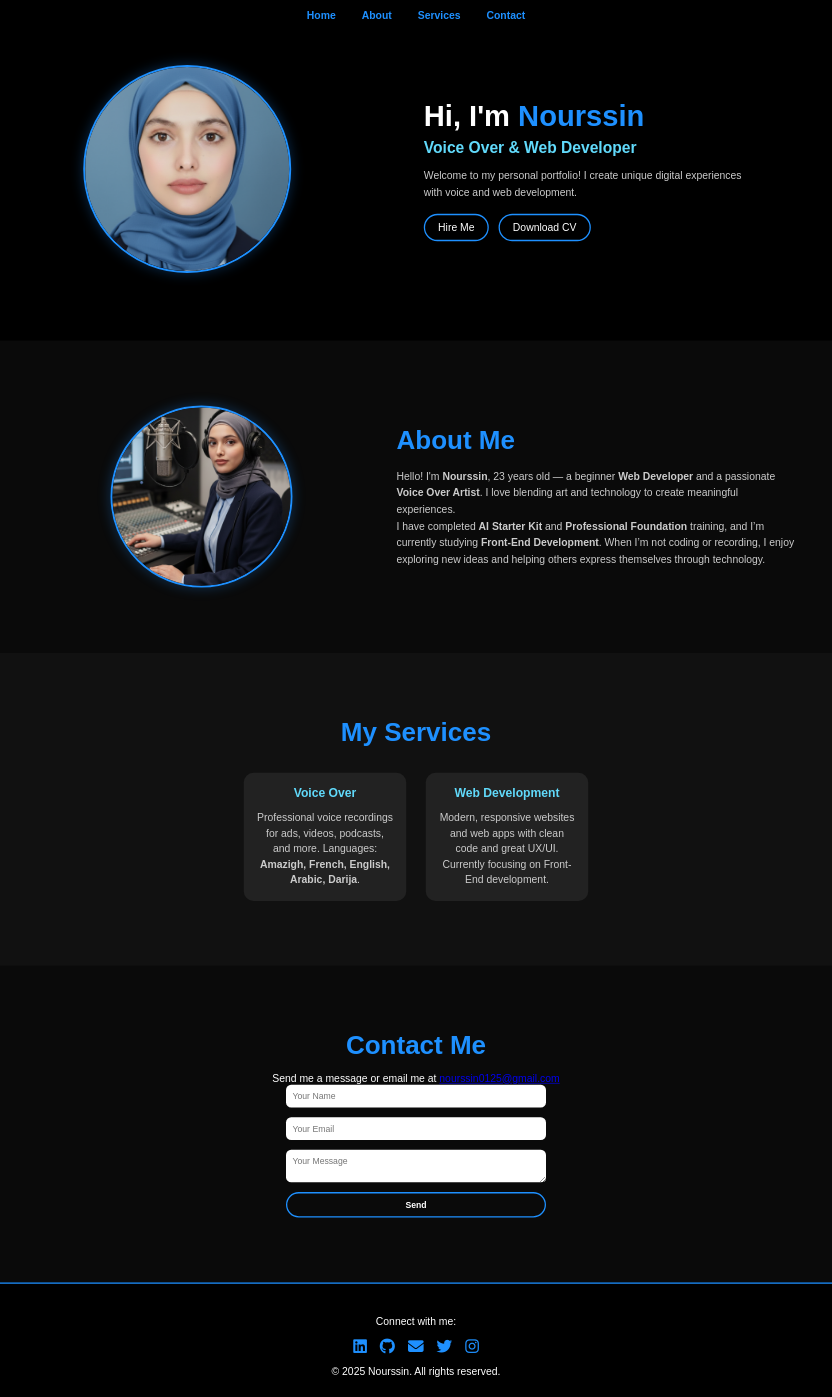
Repository: Abidar-Noura/portfolio
Page: index.html
These files come from the project's save history. The page is drawn as it stood at one moment and after the next save; the edit follows.
The browser window is 1280 px wide. The pictures show the whole page, at 65% of full size.

Above is the page before, as saved 2025-11-02 13:28:55.

After the next save:
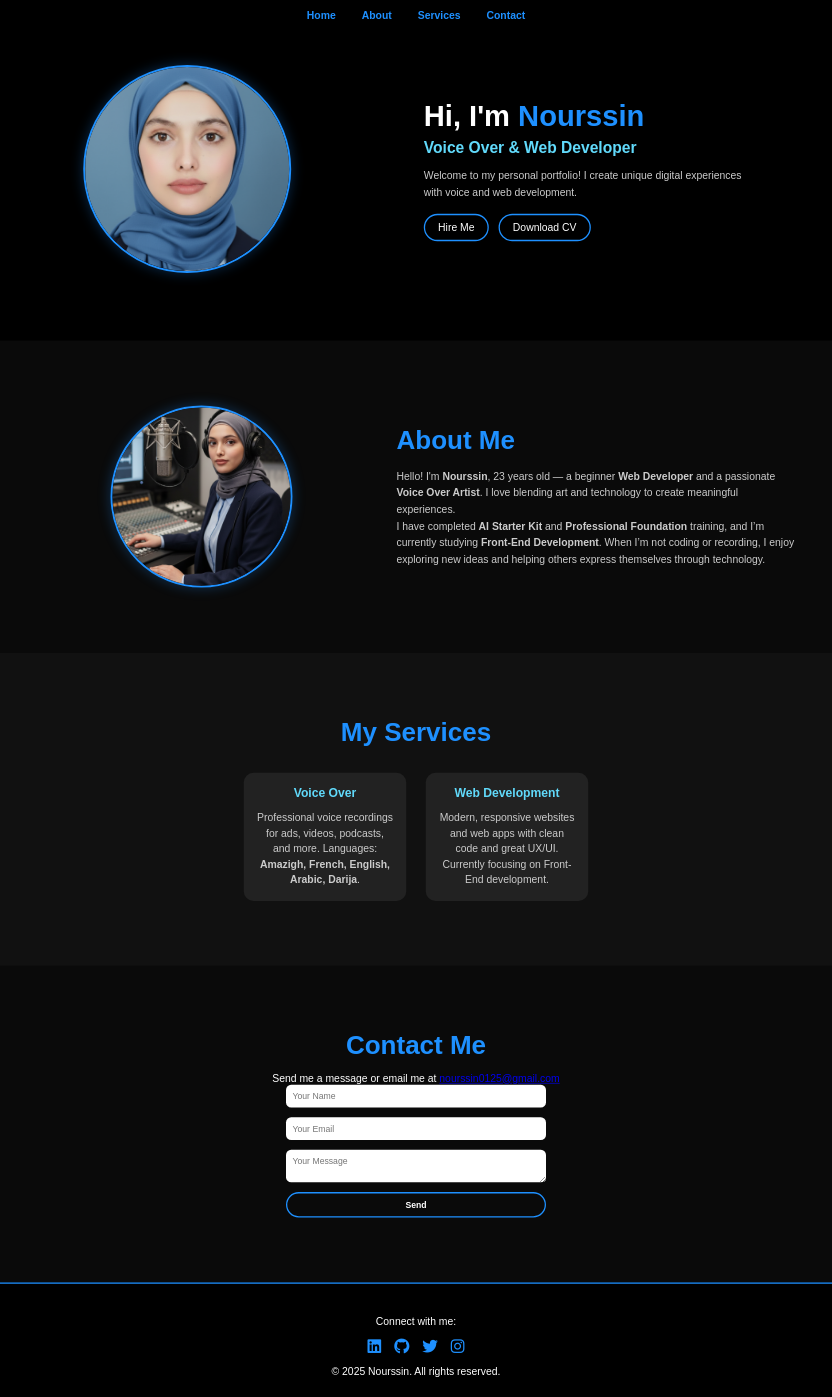
Saved 8 min 26 s later.
--- a/index.html
+++ b/index.html
@@ -111,11 +111,10 @@
 <footer>
   <p>Connect with me:</p>
   <div class="footer-socials">
-    <a href="https://www.linkedin.com/in/nourssin" target="_blank"><i class="fab fa-linkedin"></i></a>
+    <a href="www.linkedin.com/in/noura-abidar" target="_blank"><i class="fab fa-linkedin"></i></a>
     <a href="https://github.com/Nourssin" target="_blank"><i class="fab fa-github"></i></a>
-    <a href="mailto:nourssin@example.com"><i class="fas fa-envelope"></i></a>
-    <a href="https://twitter.com/Nourssin" target="_blank"><i class="fab fa-twitter"></i></a>
-    <a href="https://instagram.com/Nourssin" target="_blank"><i class="fab fa-instagram"></i></a>
+    <a href="https://x.com/Nourssin261505" target="_blank"><i class="fab fa-twitter"></i></a>
+    <a href="https://www.instagram.com/nour.ssin.08" target="_blank"><i class="fab fa-instagram"></i></a>
   </div>
   <p>&copy; 2025 Nourssin. All rights reserved.</p>
 </footer>
